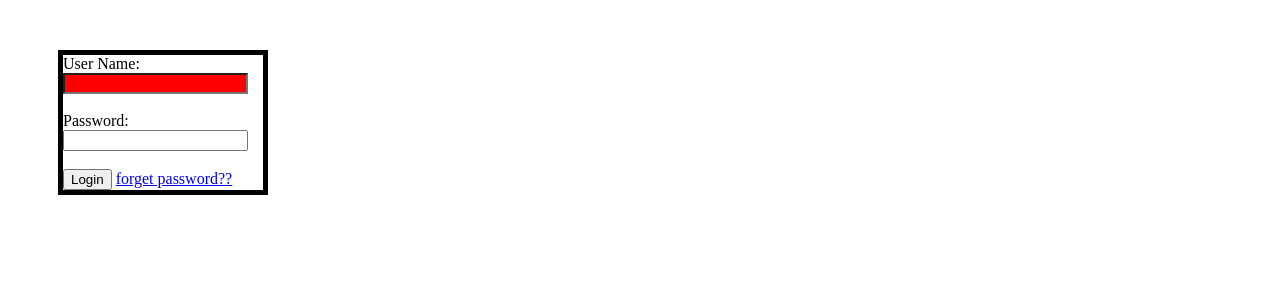
Repository: AmritOjha01/sms
Page: http://localhost/StudentManagementSystem/UserController?action=listUser
An editor plug-in stored every save of this project. The page is shown before and after the next save, followed by the edit.
The browser window is 1280 px wide. The pictures show the whole page.
The page is served by Tomcat 9.

Above is the page before, as saved 2017-03-27 11:18:58.

After the next save:
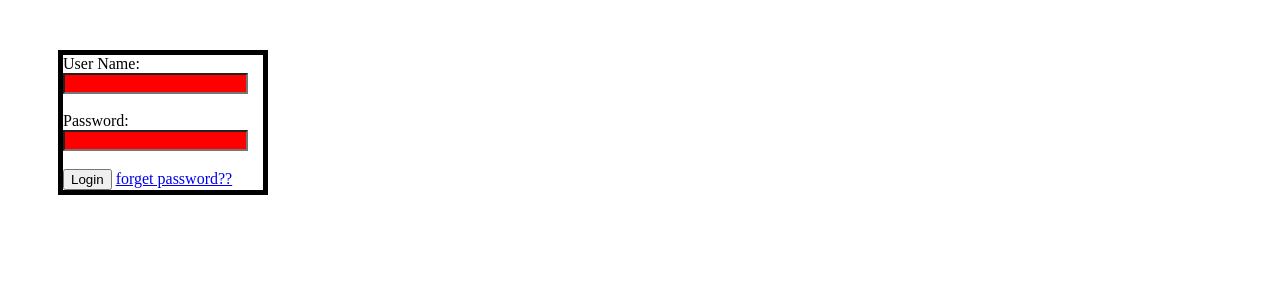
Saved 7 s later.
--- a/StudentManagementSystem/WebContent/login.jsp
+++ b/StudentManagementSystem/WebContent/login.jsp
@@ -21,7 +21,7 @@
 <body>
 	<form action="LoginController" method="post" id="f">
 		User Name: <input type="text" name="uName" class="css-style "><br> <br>
-		Password: <input type="password" name="pass"><br> <br>
+		Password: <input type="password" name="pass" class="css-style "><br> <br>
 		<input type="submit" value="Login"> <a
 			href="LoginController?action=getpassword">forget password??</a>
 	</form>
